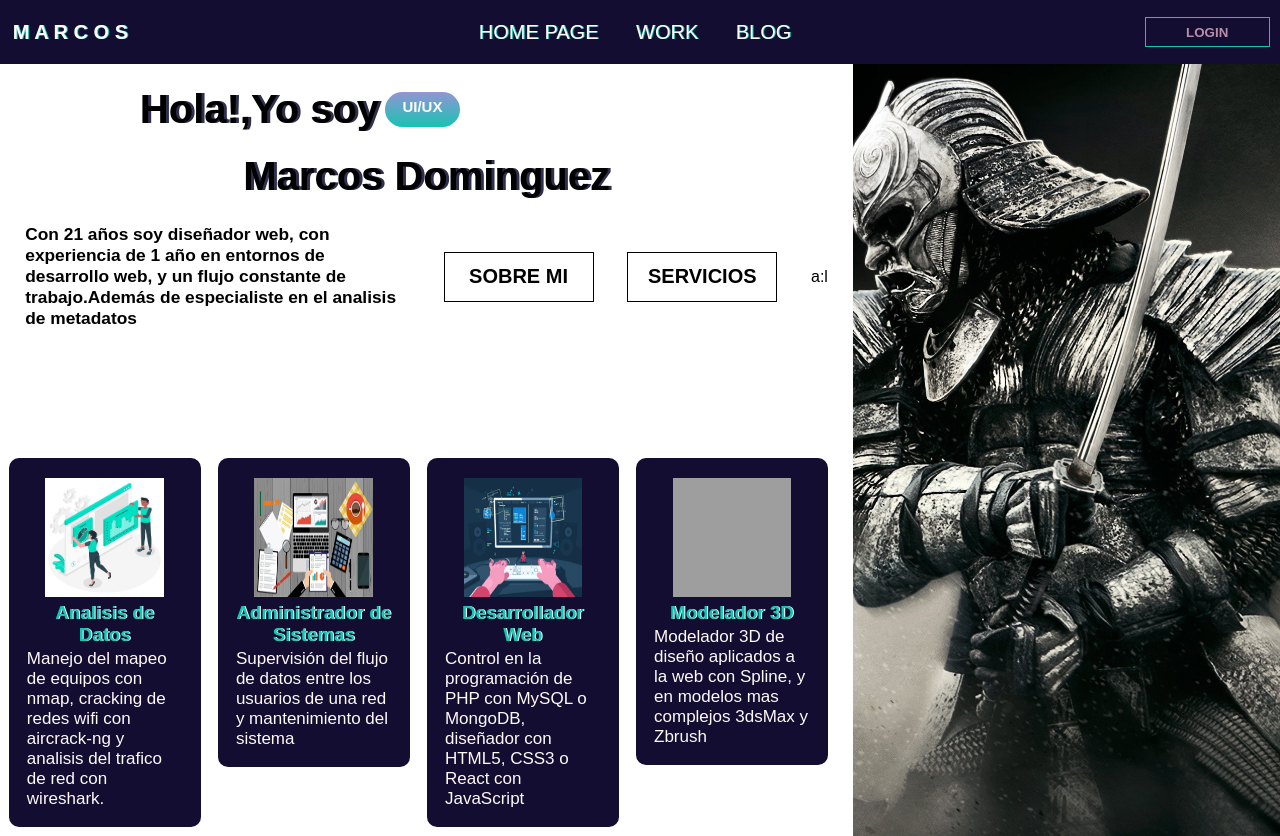
Repository: Sxcram02/Portfolio2
Page: http://localhost/
These files come from the project's save history. The page is drawn as it stood at one moment and after a run of saves; the edit follows.
The browser window is 1280 px wide. The pictures show the whole page.
Pictures or frames that could not be fetched are drawn as grey boxes. Some web fonts or font styles are not loaded; a fallback is used. The page is run by PHP 8.4 with error messages shown; the project is at /var/www/html/.

Above is the page before, as saved 2023-05-14 17:41:17.

### index.php
<?php
include("./public/objects/clases.inc.php");

session_start();

if ($_SERVER['REQUEST_METHOD'] == 'POST' and isset($_POST['LOGIN'])) {
    $logIn = $_POST['LOGIN'];
    if (isset($logIn)) {
        $_SESSION['user'] = $sesion;
        header("Location: ./public/src/login.php");
        exit();
    }
}


?>
<!DOCTYPE html>
<html lang="es">

<head>
    <meta charset="UTF-8">
    <meta http-equiv="X-UA-Compatible" content="IE=edge" />
    <meta name="viewport" content="width=device-width, initial-scale=1.0" />
    <link rel="shortcut icon" href="media/logo2.png" type="image/x-icon" />
    <link rel="stylesheet" href="styles/index.css" type="text/css" />
    <link rel="stylesheet" href="https://unpkg.com/boxicons@latest/css/boxicons.min.css">
    <title>Home Page</title>
</head>

<body>
    <div id="root">
        <header class="box-nav-bar">
            <a href="/index.php"><h3 class="nav-title">M a r c o s</h3></a>
            <nav class="nav-bar">
                <ul>
                    <a href="index.php"><li>Home Page</li></a>
                    <a href="/public/src/assets/work.php"><li>Work</li></a>
                    <a href="/public/src/assets/blog.php"><li>Blog</li></a>
                </ul>
            </nav>
            <form action="#" method="POST">
                <input type="submit" name="LOGIN" id="LOGIN" value="login" />
            </form>
        </header>
        <main class="container">
        <script src="/public/funciones/funciones.inc.js"></script>
            <section id="home_page">
                <article class="box-name">
                    <h1 class="title">Hola!,Yo soy</h1>
                    <label id="box-ui-ux">UI/UX</label>
                </article>
                <h2 class="title">Marcos Dominguez</h2>
                <article class="box-presentation">
                    <p>Con 21 años soy diseñador web, con experiencia de 1 año en entornos de desarrollo web, y un flujo constante de trabajo.Además de especialiste en el analisis de metadatos</p>
                    <div class="box-inputs">
                        <button onclick="mostrarApartado('box-services','box-aboutMe')">Sobre Mi</button>
                        <button onclick="mostrarApartado('box-aboutMe','box-services')">Servicios</button>
                        a:l
                    </div>
                </article>
            </section>
            <section id="box-services">
                <div id="services">
                    <article id="analisisDatos">
                        <img src="./media/Ilustración del concepto de análisis de configuración Vector Gratis.jpeg" alt="analisisDatos" />
                        <h3>Analisis de Datos</h3>
                        <p>Manejo del mapeo de equipos con nmap, cracking de redes wifi con aircrack-ng y analisis del trafico de red con wireshark.</p>
                    </article>
                    <article>
                        <img src="./media/Estudio socioeconómico para qué sirve, partes y ejemplo.png" alt="" />
                        <h3>Administrador de Sistemas</h3>
                        <p>Supervisión del flujo de datos entre los usuarios de una red y mantenimiento del sistema</p>
                    </article>
                    <article>
                        <img src="./media/Tips To Help Designers Work Better With Coders - Web Design Ledger.jpeg" alt="" />
                        <h3>Desarrollador Web</h3>
                        <p>Control en la programación de PHP con MySQL o MongoDB, diseñador con HTML5, CSS3 o React con JavaScript</p>
                    </article>
                    <article>
                        <img src="./media/superkid-robot-copy.gif" alt="superRobot" id="robot3D" />
                        <h3>Modelador 3D</h3>
                        <p>Modelador 3D de diseño aplicados a la web con Spline, y en modelos mas complejos 3dsMax y Zbrush</p>
                    </article>
                </div>
            </section>
            <section id="box-aboutMe">
                <div id="aboutMe">
                    <h1>Cronología</h1>
                    <hr class="hr" />
                    <article class="box-signatures">
                        <div class="signature1">
                            <i class='bx bx-radio-circle-marked' style='color:#17c3b2'></i>
                            <h3>Titulación ESO y BACHILLER</h3>
                            <img src="./media/chesterton.jpeg" alt="colegio1">
                            <img src="./media/agustinos.jpeg" alt="colegio2">
                            <p>2013-2020</p>
                        </div>
                        <div class="signature2">
                            <i class='bx bx-radio-circle-marked' style='color:#17c3b2'></i>
                            <h3>2º Años en Grado de Derecho</h3>
                            <img src="./media/unir.jpg" alt="universidad">
                            <p>2021-2022</p>
                        </div>
                        <div class="signature3">
                            <i class='bx bx-radio-circle-marked' style='color:#17c3b2'></i>
                            <h3>Grado Superior DAW</h3>
                            <img src="./media/cifp.png" alt="centroFormativo">
                            <p>2022-2024</p>
                        </div>
                        <div class="signature4">
                            <i class='bx bx-radio-circle-marked' style='color:#17c3b2'></i>
                            <h3>Curso de Git</h3>
                            <img src="./media/angulo.jpg" alt="CentroPrivado">
                            <p>2023-2023</p>
                        </div>
                        <div class="signature5">
                            <i class='bx bx-radio-circle-marked' style='color:#17c3b2'></i>
                            <h3>Curso de Animacion 3D</h3>
                            <img src="./media/comercio.png" alt="EntidadPublica">
                            <p>2023-2023</p>
                        </div>
                    </article>
                </div>
            </section>
            <section id="my_photo"></section>
        </main>
    </div>

</body>

</html>

### public/objects/clases.inc.php

    <?php
    class SesionUser {
        private string $sesion;
        public function __construct($sesion){
            $this -> sesion = $sesion;
        }
    }

    /**
     * Database
     */
    class Database {
        private string $localhost, $serverUser, $userPass,$database;
        private object $newObjMysql;

        /**
         * __construct
         *
         * @param  string $localhost
         * @param  string $serverUser
         * @param  string $userPass
         * @param  string $database
         * @return void
         */
        public function __construct($localhost, $serverUser, $userPass,$database){
            $this -> localhost = $localhost;
            $this -> serverUser = $serverUser;
            $this -> userPass = $userPass;
            $this -> database = $database;
            $newObjMysql = new mysqli("$localhost","$serverUser","$userPass","$database");
            $this -> newObjMysql = $newObjMysql;
        }

        /**
         * getUser
         *
         * @param  string $client
         * @param  string $pass
         * @return bool
         */

        public function getUser($client,$pass):bool{
            $mySqlConnection = $this -> newObjMysql;
            $userQuery = "SELECT usr.clientName, usr.contrasenia FROM users usr WHERE usr.clientName='$client' AND usr.contrasenia = '$pass';";
            $result = $mySqlConnection -> query($userQuery);
            if($result){
                return true;
            }else {
                return false;
            }
        }


        /**
         * setPost
         *
         * @param  array $postDataArray
         * @return void
         */
        public function setPost(array $postDataArray){
            if(isset($postDataArray)){
                $codBlog = rand(1,1000);
                $columnArray = "'".implode("','",$postDataArray)."'";
                $mysqlConnect = $this -> newObjMysql;
                $insertBlog = "INSERT INTO blog (codBlog,titulo,imagen,subtitulo,descripcion,user) VALUES ($codBlog,$columnArray)";
                $mysqlConnect -> query($insertBlog);
                (mysqli_affected_rows($mysqlConnect))?true:false;
            }else {
                echo "Introduce los valores adecuados";
            }
        }

        /**
         * getPost
         *
         * @param  string $user
         * @return void
         */
        public function getPost()
        {
                $mySqlConnection = $this -> newObjMysql;
                $getQuery = "SELECT blg.imagen as imagen, blg.titulo as titulo, blg.descripcion as descripcion, blg.subtitulo as subtitulo, blg.user as user FROM blog blg JOIN users usr ON blg.user = usr.clientName WHERE usr.clientName = 'marcos';";

                $result = $mySqlConnection -> query($getQuery);
                foreach($result as $dataPost){
                    echo "<article>";
                        echo "<img src='{$dataPost['imagen']}' alt='post1' />";
                        echo "<h1>{$dataPost['titulo']}</h1>";
                        echo "<h3>{$dataPost['subtitulo']}</h3>";
                        echo "<p>{$dataPost['user']}</p>";
                        echo "<p>{$dataPost['descripcion']}</p>";
                    echo "</article>";
                }
        }
}
    $sesion = new SesionUser("user");
    $databaseConnect= new Database("localhost","root","mdv21.389863","blog");
?>

Loaded but not shown: public/funciones/funciones.inc.js (7 lines, source omitted); styles/index.css (927 lines, source omitted)

After the next 5 saves:
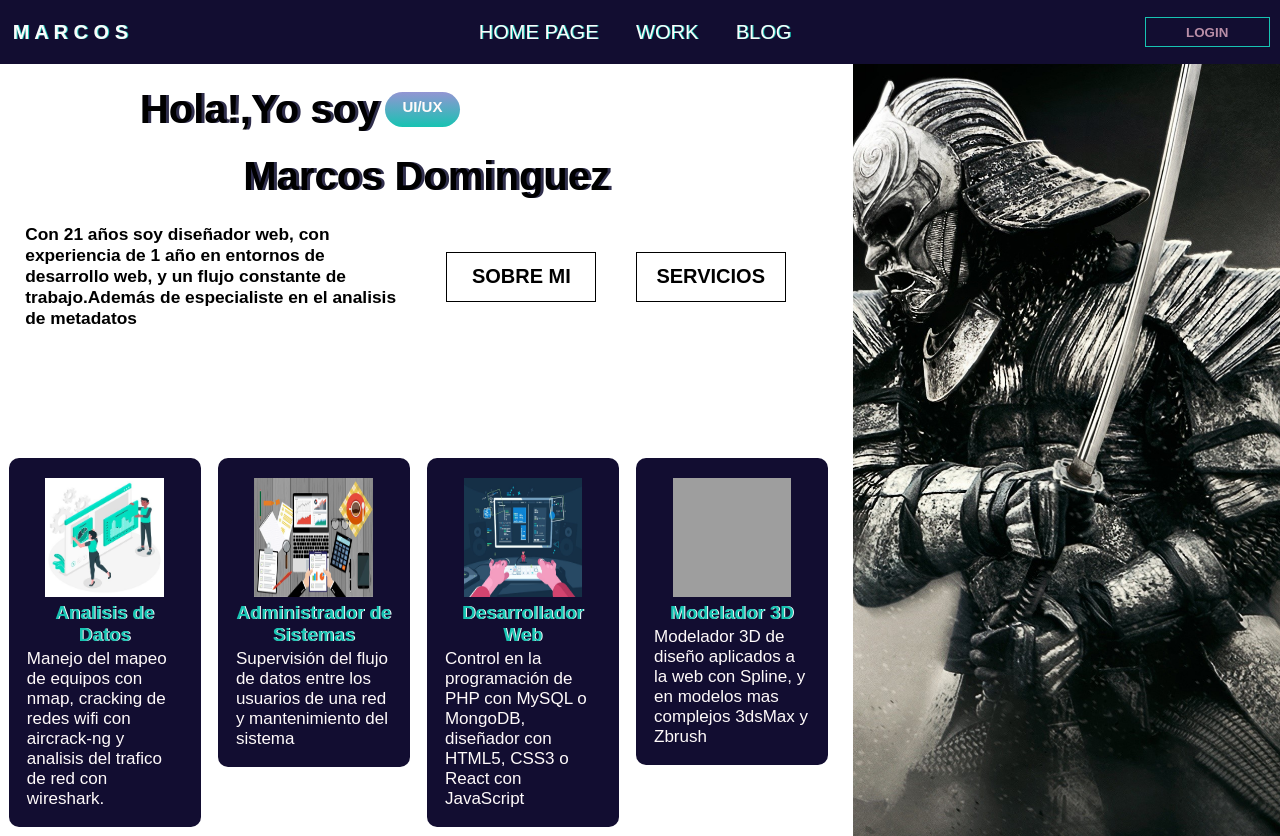
The 5 saves are shown as one change because they came seconds apart.
The last was saved 14 s later.
--- a/index.php
+++ b/index.php
@@ -55,7 +55,7 @@ if ($_SERVER['REQUEST_METHOD'] == 'POST' and isset($_POST['LOGIN'])) {
                     <div class="box-inputs">
                         <button onclick="mostrarApartado('box-services','box-aboutMe')">Sobre Mi</button>
                         <button onclick="mostrarApartado('box-aboutMe','box-services')">Servicios</button>
-                        a:l
+                        <a href="./public/src/" target="_blank" rel="noopener noreferrer"></a>
                     </div>
                 </article>
             </section>
